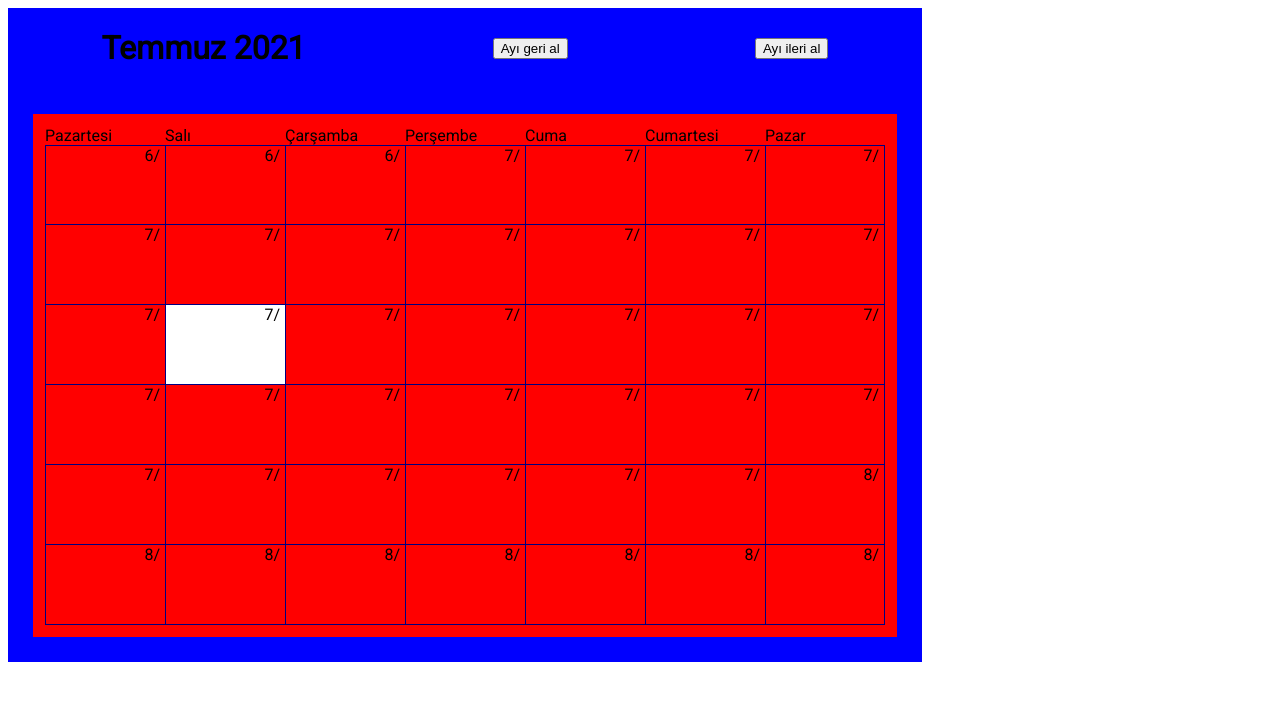
Repository: ahmetbugraozcan/javascript-calendar
Page: tablo.html
The author's editor kept a copy of each file at every save. The page is drawn from the files as they stood at one save, then again after the next save.
The browser window is 1280 px wide. The pictures show the whole page.

Above is the page before, as saved 2021-07-13 12:03:55.

After the next save:
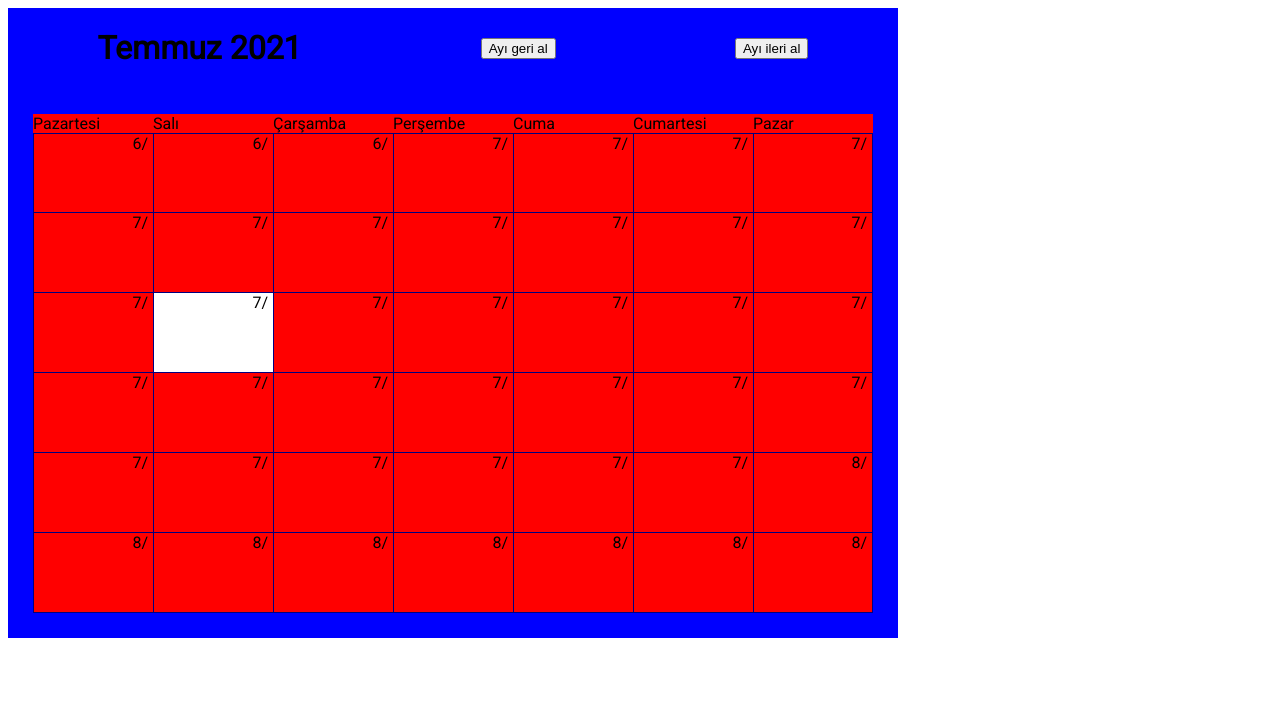
Saved 21 s later.
--- a/tablo.html
+++ b/tablo.html
@@ -49,7 +49,7 @@
     /*tablonun kendisi*/
     .calendar {
         margin: 25px;
-        padding: 12px;
+
         display: flex;
         width: fit-content;
         background-color: red;
